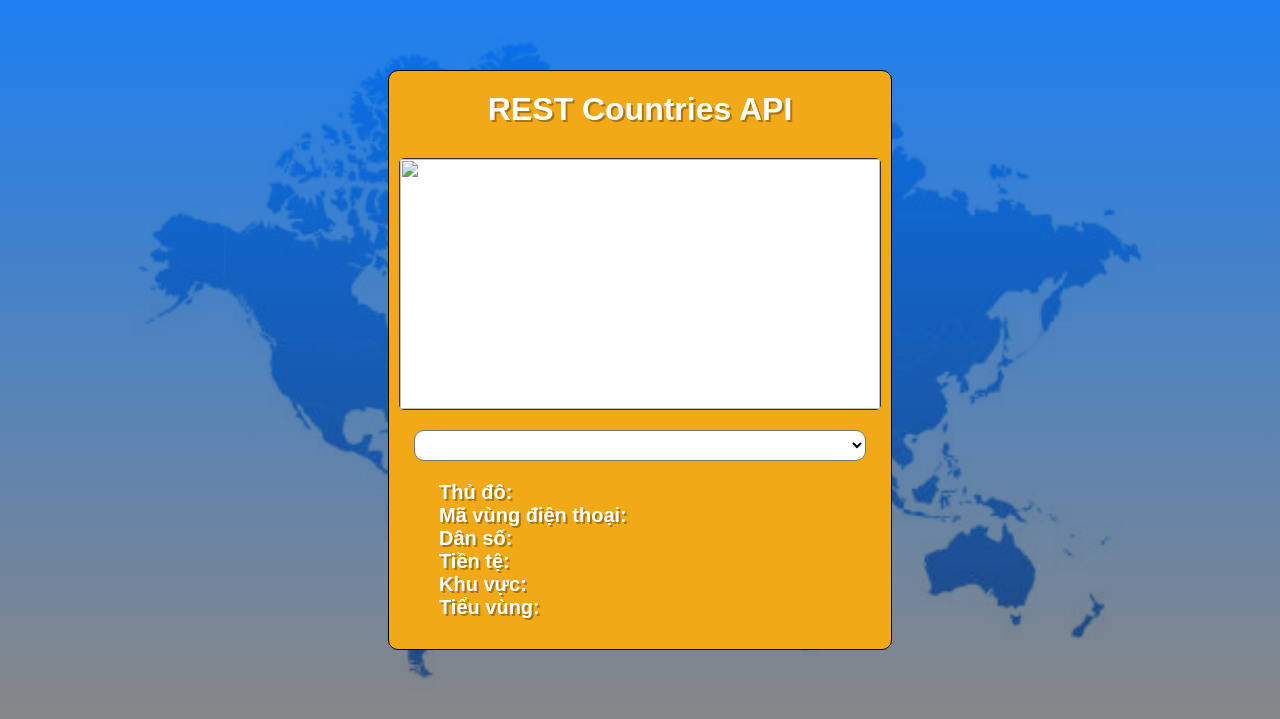
Repository: KhoaTran204/Rest-countries-api-app
Page: index.html
These files come from the project's save history. The page is drawn as it stood at one moment and after the next save; the edit follows.
The browser window is 1280 px wide. The pictures show the whole page.
The page's requests for data from a server got no answer.

Above is the page before, as saved 2024-04-14 09:32:39.

### index.html
<!DOCTYPE html>
<html lang="en">
  <head>
    <meta charset="UTF-8" />
    <meta name="viewport" content="width=device-width, initial-scale=1.0" />
    <link rel="stylesheet" href="style.css" />
    <title>Rest Countries API</title>
  </head>
  <body>
    <div class="container">
      <h1>REST Countries API</h1>
      <div id="main-container">
        <div id="flag-container">
          <img src="" alt="" />
        </div>
        <div id="info-container">
          <select id="countries"></select>
          <div class="info">
            <p>Thủ đô: <span id="capital"></span></p>
            <p>Mã vùng điện thoại: <span id="dialing-code"></span></p>
            <p>Dân số: <span id="population"></span></p>
            <p>Tiền tệ: <span id="currencies"></span></p>
            <p>Khu vực: <span id="region"></span></p>
            <p>Tiểu vùng: <span id="subregion"></span></p>
          </div>
        </div>
      </div>
    </div>
    <script src="app.js"></script>
  </body>
</html>

### style.css
* {
  margin: 0;
  padding: 0;
  box-sizing: border-box;
}

body {
  font-family: sans-serif;
  height: 100vh;
  display: flex;
  justify-content: center;
  align-items: center;
  /* background-image: url(anh/bando.jpg);
  background-repeat: no-repeat;
  background-position: center;
  background-size: cover; */
  background: linear-gradient(
      to top,
      rgba(16, 16, 17, 0.5),
      rgba(4, 113, 239, 0.9)
    ),
    url(anh/bando.jpg) no-repeat center/cover;
}

#flag-container {
  margin: 10px;
  height: 252px;
  background-color: #fff;
  border: 1px solid #333;
  border-radius: 5px;
}

#flag-container img {
  display: block;
  width: 100%;
  height: 100%;
}

.container {
  background-color: rgb(242, 169, 23);
  border-radius: 10px;
  border: 1px solid black;
}
.container h1 {
  text-align: center;
  font-weight: ;
  text-shadow: 2px 2px rgba(0, 0, 0, 0.3);
  color: #fff;
  margin: 20px;
}
#main-container {
  width: 502px;
  margin: 30px auto;
  padding: 0;
}
#flag-container {
  height: 252px;
  background-color: #fff;
  border: 1px solid #333;
}
#flag-container img {
  display: block;
  width: 100%;
  height: 100%;
}
#info-container select {
  display: block;
  border-radius: 10px;
  margin: 20px auto;
  padding: 5px;
  min-width: 90%;
  color: black;
  font-size: 15px;
  font-weight: bold;
  text-align-last: center;
  background-color: #fff;
  text-decoration: underline;
}
#flag-container select:active {
  background-color: black;
}
.info {
  margin-left: 50px;
  color: #fff;
  font-size: 20px;
  font-weight: bold;
  text-shadow: 2px 2px rgba(0, 0, 0, 0.3);
}

### app.js
const countrieslist = document.getElementById("countries");
let countries;

countrieslist.addEventListener("change", (event) =>
  displayCountryInfo(event.target.value)
);

// fetch("https://restcountries.com/v2/all")
//   .then(function (res) {
//     console.log(res);
//     return res.json();
//   })
//   .then(function (data) {
//     console.log(data);
//     initialize(data);
//   })
//   .catch(function (err) {
//     console.log("Lỗi: ", err);
//   });
fetch("https://restcountries.com/v2/all").then((res) => {
  res
    .json()
    .then((data) => initialize(data))
    .catch((err) => console.log("Lỗi: ", err));
});
function initialize(countriesData) {
  countries = countriesData;
  let options = "";
  //   for (let i = 0; i < countries.length; i++) {
  //     options += `<option value="${countries[i].alpha3Code}">${countries[i].name}</option>`;
  //   }
  countries.forEach(
    (country) =>
      (options += `<option value="${country.alpha3Code}">${country.name}</option>`)
  );
  //   document.getElementById("countries").innerHTML = options;
  //   document.querySelector("countries").innerHTML = options;
  countrieslist.innerHTML = options;
  countrieslist.selectedIndex = Math.floor(
    Math.random() * countrieslist.length
  );
  displayCountryInfo(countrieslist[countrieslist.selectedIndex].value);
}

function displayCountryInfo(countryByAlpha3Code) {
  const countryData = countries.find(
    (country) => country.alpha3Code === countryByAlpha3Code
  );
  console.log(countryData);
  document.querySelector("#flag-container img").src = countryData.flag;
  document.querySelector(
    "#flag-container img"
  ).alt = `Flag of ${countryData.name}`;
  document.getElementById("capital").innerHTML = countryData.capital;
  document.getElementById(
    "dialing-code"
  ).innerHTML = `+ ${countryData.callingCodes[0]}`;
  document.getElementById("population").innerHTML =
    countryData.population.toLocaleString("en-US");
  document.getElementById("currencies").innerHTML = countryData.currencies
    .filter((c) => c.name)
    .map((c) => `${c.name} (${c.code})`)
    .join(", ");
  document.getElementById("region").innerHTML = countryData.region;
  document.getElementById("subregion").innerHTML = countryData.subregion;
}

After the next save:
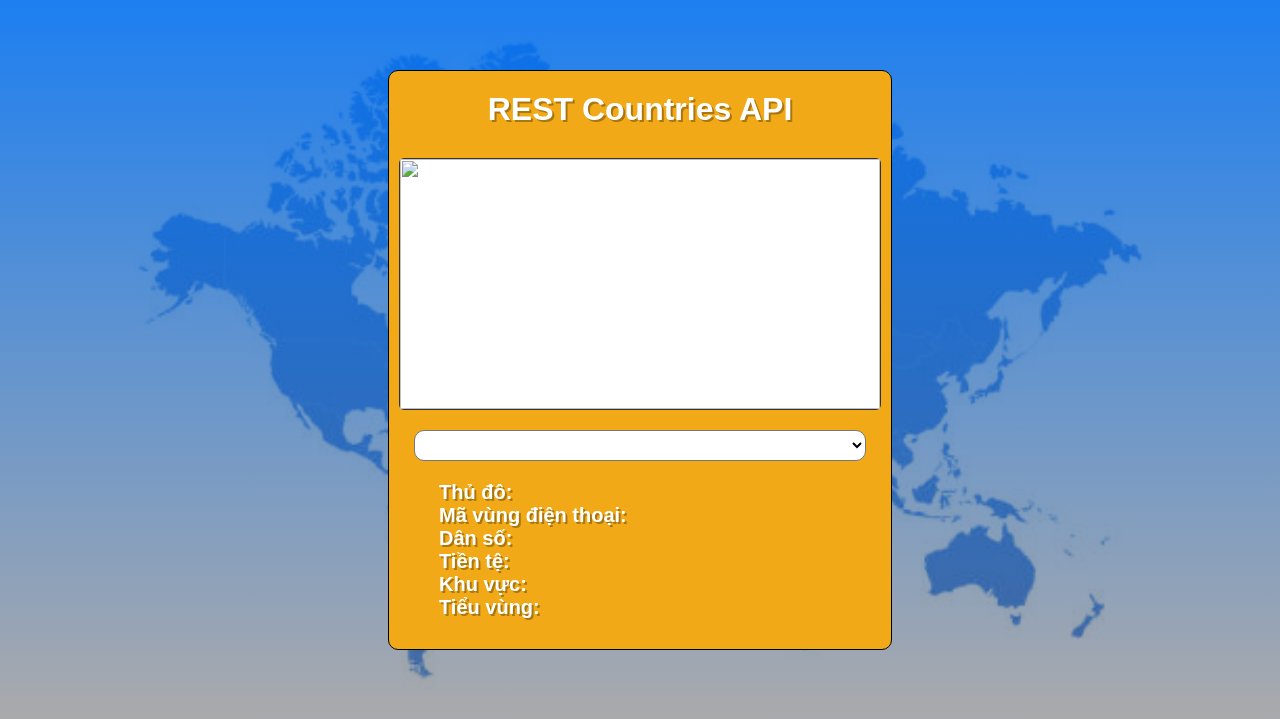
Saved 18 s later.
--- a/style.css
+++ b/style.css
@@ -16,7 +16,7 @@ body {
   background-size: cover; */
   background: linear-gradient(
       to top,
-      rgba(16, 16, 17, 0.5),
+      rgba(86, 86, 89, 0.5),
       rgba(4, 113, 239, 0.9)
     ),
     url(anh/bando.jpg) no-repeat center/cover;
